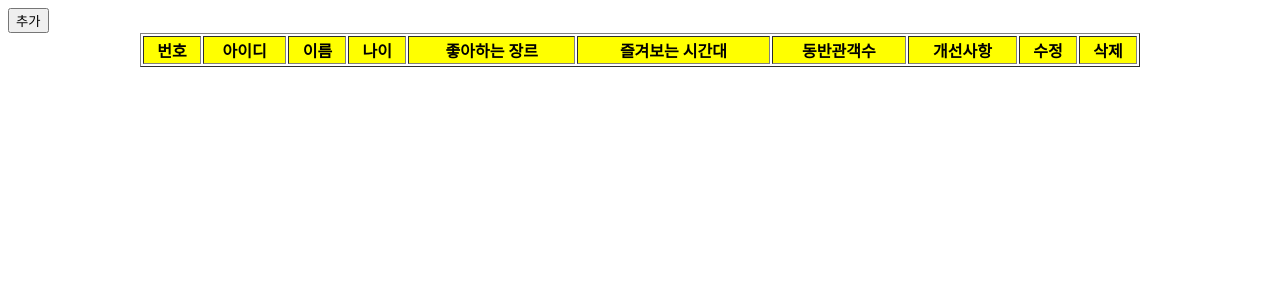
Repository: uj06134/Metabuild_JSP
Page: http://localhost/05_JDBC_movie/select.jsp
The author's editor kept a copy of each file at every save. The page is drawn from the files as they stood at one save, then again after the next save.
The browser window is 1280 px wide. The pictures show the whole page.
The page is served by Tomcat 9. Other server files are loaded and not shown. Queries for data that is not in the repository find no rows.

Above is the page before, as saved 2025-09-12 08:02:46.

### 05_JDBC_movie/src/main/webapp/select.jsp
<%@ page language="java" contentType="text/html; charset=UTF-8"
    pageEncoding="UTF-8"%>
<%@ page import = "java.util.*" %>
<%@ page import = "myPkg.*" %>

<!-- MovieDao 객체 생성 -->
<jsp:useBean id="bdao" class="myPkg.MovieDao"/>

<!-- getAllMovie 메서드 호출 -->
<%
	ArrayList<MovieBean> list = bdao.getAllMovie();
%>

<style type="text/css">
    table {
        width: 1000px;
        margin: auto;
        text-align: center;
    }

    table th {
        background-color: Yellow;
    }
</style>
<input type="button" value="추가" onClick="location.href='insertForm.jsp'">
<table border ="1">
	<tr>
		<th>번호</th>
		<th>아이디</th>
		<th>이름</th>
		<th>나이</th>
		<th>좋아하는 장르</th>
		<th>즐겨보는 시간대</th>
		<th>동반관객수</th>
		<th>개선사항</th>
		<th>수정</th>
		<th>삭제</th>
	</tr>
		<%for(MovieBean mb : list){%>
		<tr>
			<td><%= mb.getNum()%></td>
			<td><%= mb.getId() %></td>
			<td><%= mb.getName() %></td>
			<td><%= mb.getAge() %></td>
			<td><%= mb.getGenre() %></td>
			<td><%= mb.getTime() %></td>
			<td><%= mb.getPartner() %></td>
			<td><%= mb.getMemo()%></td>
			<td><a href = "updateForm.jsp?num=<%= mb.getNum() %>">수정</a></td>
			<td><a href = "deleteProc.jsp?num=<%= mb.getNum() %>">삭제</a></td>

		</tr>
		<%} %>
</table>

### 05_JDBC_movie/src/main/java/myPkg/MovieDao.java
package myPkg;

import java.sql.Connection;
import java.sql.DriverManager;
import java.sql.PreparedStatement;
import java.sql.ResultSet;
import java.sql.SQLException;
import java.util.ArrayList;

public class MovieDao {
	String driver = "oracle.jdbc.driver.OracleDriver";
    String url = "jdbc:oracle:thin:@localhost:1521:orcl";
    String id = "sqlid";
    String pw = "sqlpw";
    Connection conn = null;
    PreparedStatement ps = null;
	ResultSet rs = null;

	public MovieDao() {
		try {
			Class.forName(driver);
			System.out.println("드라이버 성공");
		} catch (ClassNotFoundException e) {
			e.printStackTrace();
		}
	}

	public void getConnection() {
		try {
			conn = DriverManager.getConnection(url, id, pw);
			System.out.println("접속 성공");
		} catch (SQLException e) {
			e.printStackTrace();
		}
	}

	public ArrayList<MovieBean> getAllMovie() {
		getConnection();
		ArrayList<MovieBean> list = new ArrayList<MovieBean>();
		try {
			String sql = "select * from movie order by num";
			ps = conn.prepareStatement(sql);
			rs = ps.executeQuery();

			while(rs.next()) {
				int num = rs.getInt("num");
				String id = rs.getString("id");
				String name = rs.getString("name");
				int age = rs.getInt("age");
				String genre = rs.getString("genre");
				String time = rs.getString("time");
				int partner = rs.getInt("partner");
				String memo = rs.getString("memo");

				MovieBean mb = new MovieBean(num, id, name, age, genre, time, partner, memo);

				list.add(mb);
			}
		} catch (SQLException e) {
			e.printStackTrace();
		} finally {
			try {
				if(rs != null)
					rs.close();
				if(ps != null)
					ps.close();
				if(conn != null)
					conn.close();
			} catch(SQLException e) {
				e.printStackTrace();
			}
		}
		return list;
	}// getAllMovie

	public int insertMovie(MovieBean mb) {
		getConnection();
		int cnt = -1;
		String sql = "insert into movie values(mv_seq.nextval, ?, ?, ?, ?, ?, ?, ?)";
		try {
			ps = conn.prepareStatement(sql);
			ps.setString(1, mb.getId());
			ps.setString(2, mb.getName());
			ps.setInt(3, mb.getAge());
			ps.setString(4, mb.getGenre());
			ps.setString(5, mb.getTime());
			ps.setInt(6, mb.getPartner());
			ps.setString(7, mb.getMemo());

			cnt = ps.executeUpdate();
		} catch (SQLException e) {
			e.printStackTrace();
		} finally {
			try {
				if(ps != null)
					ps.close();
				if(conn != null)
					conn.close();
			} catch(SQLException e) {
				e.printStackTrace();
			}
		}
		return cnt;
	}// insertMovie

	public MovieBean getMovieByNum(String num) {
		getConnection();
		MovieBean mb = null;
		try {
			String sql = "select * from movie where num = ?";
			ps = conn.prepareStatement(sql);
			ps.setInt(1, Integer.parseInt(num));
			rs = ps.executeQuery();
			if(rs.next()) {
				int num2 = rs.getInt("num");
				String id = rs.getString("id");
				String name = rs.getString("name");
				int age = rs.getInt("age");
				String genre = rs.getString("genre");
				String time = rs.getString("time");
				int partner = rs.getInt("partner");
				String memo = rs.getString("memo");

				mb = new MovieBean(num2, id, name, age, genre, time, partner, memo);

			}
		} catch (SQLException e) {
			e.printStackTrace();
		} finally {
			try {
				if(rs != null)
					rs.close();
				if(ps != null)
					ps.close();
				if(conn != null)
					conn.close();
			} catch(SQLException e) {
				e.printStackTrace();
			}
		}
		return mb;
	}// getMovieByNum

	public int updateMovie(MovieBean mb) {
		getConnection();
		int cnt = -1;
		try {
			String sql = "update movie set id=?, name=?, age=?, genre=?, time=?, partner=?, memo=? where num=?";
			ps = conn.prepareStatement(sql);
			ps.setString(1, mb.getId());
			ps.setString(2, mb.getName());
			ps.setInt(3, mb.getAge());
			ps.setString(4, mb.getGenre());
			ps.setString(5, mb.getTime());
			ps.setInt(6, mb.getPartner());
			ps.setString(7, mb.getMemo());
			ps.setInt(8, mb.getNum());

			cnt = ps.executeUpdate();

		} catch (SQLException e) {
			e.printStackTrace();
		} finally {
			try {
				if(ps != null)
					ps.close();
				if(conn != null)
					conn.close();
			} catch(SQLException e) {
				e.printStackTrace();
			}
		}
	return cnt;
	}// updateMovie

	public boolean searchId(String userid){
		getConnection();
		boolean flag = false;
		try {
			String sql = "select * from movie where id=?";
			ps = conn.prepareStatement(sql);
			ps.setString(1, userid);
			rs = ps.executeQuery();
			while(rs.next()) {
				flag = true; // 이미 존재
			}
		} catch (SQLException e) {
			e.printStackTrace();
		} finally {
			try {
				if(rs != null)
					rs.close();
				if(ps != null)
					ps.close();
				if(conn != null)
					conn.close();
			} catch(SQLException e) {
				e.printStackTrace();
			}
		}
		return flag;
	}// searchId

	public int deleteMovie(String num) {
        getConnection();
        int cnt = -1;
        try {
        	String sql = "delete from movie where num = ?";
            ps = conn.prepareStatement(sql);
            ps.setInt(1, Integer.parseInt(num));
            cnt = ps.executeUpdate();
        } catch (SQLException e) {
            e.printStackTrace();
        }finally {
            try {
                if(conn != null) conn.close();
                if(ps != null) ps.close();
            } catch (SQLException e) {
                e.printStackTrace();
            }
        }
        return cnt;
    }// deleteMovie

}

After the next save:
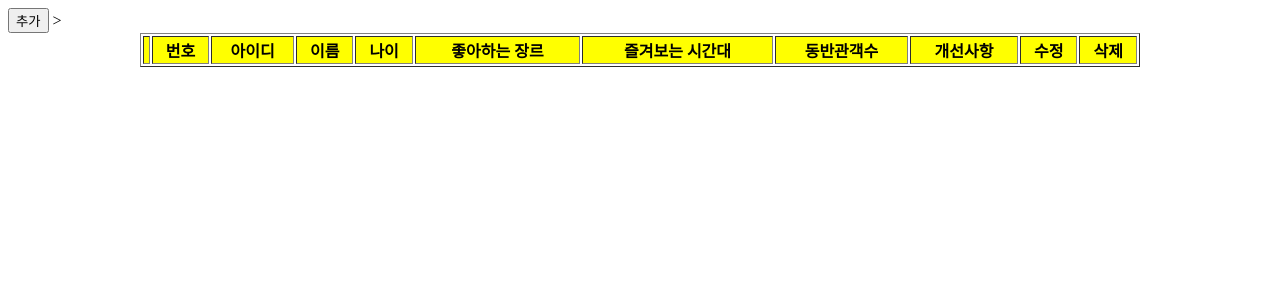
Saved 115 s later.
--- a/05_JDBC_movie/src/main/webapp/select.jsp
+++ b/05_JDBC_movie/src/main/webapp/select.jsp
@@ -25,6 +25,7 @@
 <input type="button" value="추가" onClick="location.href='insertForm.jsp'">
 <table border ="1">
 	<tr>
+		<th></th>>
 		<th>번호</th>
 		<th>아이디</th>
 		<th>이름</th>
